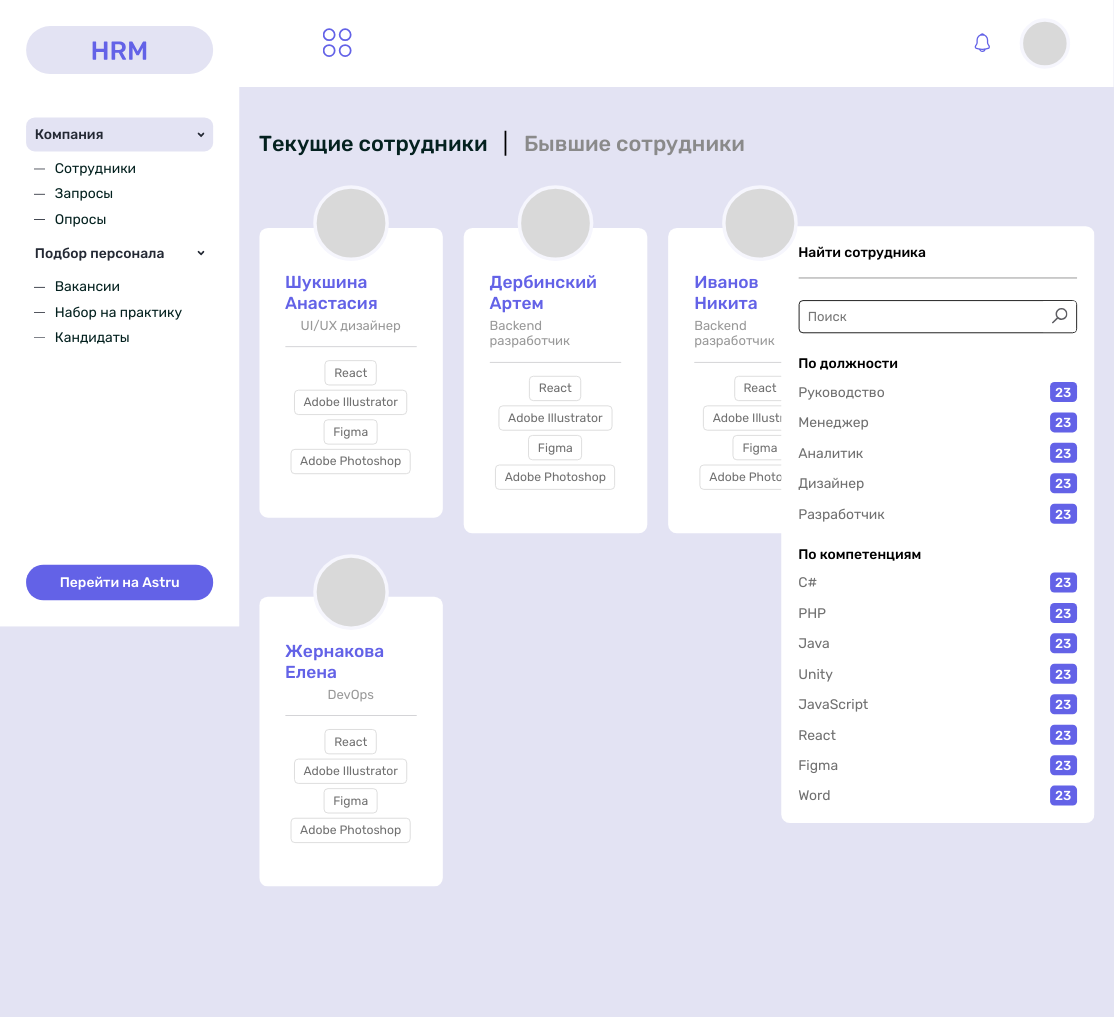
Repository: RuslanKerimov21/CRM-Dashboard
Page: index.html
These files come from the project's save history. The page is drawn as it stood at one moment and after the next save; the edit follows.
The browser window is 1280 px wide. The pictures show the whole page, at 87% of full size.

Above is the page before, as saved 2024-04-28 00:16:47.

### index.html
<!DOCTYPE html>
<html lang="ru">
<head>
    <meta charset="UTF-8">
    <meta name="viewport" content="width=device-width, initial-scale=1.0">
    <title>CRM System</title>
    <link rel="stylesheet" href="css/index.css">
</head>

<body>
    <div class="app">
        <aside class="sidebar">
            <div class="sidebar-inner">
                <div class="sidebar-top">
                    <a href="#" class="logo">
                        <img src="assets/icons/logo.svg" alt="logo">
                    </a>
                    <div class="sidebar-nav">
                        <div class="sidebar-nav_group">
                            <button class="sideba-nav_button active">
                                Компания
                                <svg width="8" height="6" viewBox="0 0 8 6" fill="none"
                                    xmlns="http://www.w3.org/2000/svg">
                                    <path d="M1 1.31995L4.1579 4.31995L7 1.31995" stroke="#242934" stroke-width="2"
                                        stroke-linecap="round" />
                                </svg>
                            </button>
                            <ul class="sidebar-nav_list">
                                <li class="sidebar-nav_item">
                                    <a href="#">Сотрудники</a>
                                </li>
                                <li class="sidebar-nav_item">
                                    <a href="#">Запросы</a>
                                </li>
                                <li class="sidebar-nav_item">
                                    <a href="#">Опросы</a>
                                </li>
                            </ul>
                        </div>
                        <div class="sidebar-nav_group">
                            <button class="sideba-nav_button">
                                Подбор персонала
                                <svg width="8" height="6" viewBox="0 0 8 6" fill="none"
                                    xmlns="http://www.w3.org/2000/svg">
                                    <path d="M1 1.31995L4.1579 4.31995L7 1.31995" stroke="#242934" stroke-width="2"
                                        stroke-linecap="round" />
                                </svg>
                            </button>
                            <ul class="sidebar-nav_list">
                                <li class="sidebar-nav_item">
                                    <a href="#">Вакансии</a>
                                </li>
                                <li class="sidebar-nav_item">
                                    <a href="#">Набор на практику</a>
                                </li>
                                <li class="sidebar-nav_item">
                                    <a href="#">Кандидаты</a>
                                </li>
                            </ul>
                        </div>
                    </div>
                </div>
                <div class="sidebar-bottom">
                    <a href="#" class="button">Перейти на Astru</a>
                </div>
            </div>
        </aside>
        <header class="header">
            <div class="header-inner">
                <button>
                    <img src="./assets/icons/button.svg" alt="header-button">
                </button>
                <div class="header-right">
                    <button>
                        <img src="./assets/icons/notify.svg" alt="notify">
                    </button>
                    <div class="header-profile"></div>
                </div>
            </div>
        </header>
        <div class="page-inner">
            <nav class="page-nav">
                <ol class="breadcrumbs-list">
                    <li class="breadcrumbs-item">
                        <a href="#">Текущие сотрудники</a>
                    </li>
                    <li class="breadcrumbs-separator"></li>
                    <li class="breadcrumbs-item">
                        <span>Бывшие сотрудники</span>
                    </li>
                </ol>
            </nav>
            <div class="page-content">
                <ul class="staff-list">
                    <li class="staff-item">
                        <div class="staff-avatar"></div>
                        <div class="staff-content">
                            <div class="staff-content_top">
                                <a href="staff.page.html" class="staff-name">Шукшина Анастасия</a>
                                <span class="staff-position">UI/UX дизайнер</span>
                            </div>
                            <div class="staff-content_bottom">
                                <ul class="staff-tag_list">
                                    <li class="staff-tag-item">
                                        React
                                    </li>
                                    <li class="staff-tag-item">
                                        Adobe Illustrator
                                    </li>
                                    <li class="staff-tag-item">
                                        Figma
                                    </li>
                                    <li class="staff-tag-item">
                                        Adobe Photoshop
                                    </li>
                                </ul>
                            </div>
                        </div>
                    </li>
                    <li class="staff-item">
                        <div class="staff-avatar"></div>
                        <div class="staff-content">
                            <div class="staff-content_top">
                                <a href="staff.page.html" class="staff-name">Дербинский Артем</a>
                                <span class="staff-position">Backend разработчик</span>
                            </div>
                            <div class="staff-content_bottom">
                                <ul class="staff-tag_list">
                                    <li class="staff-tag-item">
                                        React
                                    </li>
                                    <li class="staff-tag-item">
                                        Adobe Illustrator
                                    </li>
                                    <li class="staff-tag-item">
                                        Figma
                                    </li>
                                    <li class="staff-tag-item">
                                        Adobe Photoshop
                                    </li>
                                </ul>
                            </div>
                        </div>
                    </li>
                    <li class="staff-item">
                        <div class="staff-avatar"></div>
                        <div class="staff-content">
                            <div class="staff-content_top">
                                <a href="staff.page.html" class="staff-name">Иванов Никита</a>
                                <span class="staff-position">Backend разработчик</span>
                            </div>
                            <div class="staff-content_bottom">
                                <ul class="staff-tag_list">
                                    <li class="staff-tag-item">
                                        React
                                    </li>
                                    <li class="staff-tag-item">
                                        Adobe Illustrator
                                    </li>
                                    <li class="staff-tag-item">
                                        Figma
                                    </li>
                                    <li class="staff-tag-item">
                                        Adobe Photoshop
                                    </li>
                                </ul>
                            </div>
                        </div>
                    </li>
                    <li class="staff-item">
                        <div class="staff-avatar"></div>
                        <div class="staff-content">
                            <div class="staff-content_top">
                                <a href="staff.page.html" class="staff-name">Жернакова Елена</a>
                                <span class="staff-position">DevOps</span>
                            </div>
                            <div class="staff-content_bottom">
                                <ul class="staff-tag_list">
                                    <li class="staff-tag-item">
                                        React
                                    </li>
                                    <li class="staff-tag-item">
                                        Adobe Illustrator
                                    </li>
                                    <li class="staff-tag-item">
                                        Figma
                                    </li>
                                    <li class="staff-tag-item">
                                        Adobe Photoshop
                                    </li>
                                </ul>
                            </div>
                        </div>
                    </li>
                </ul>
                <div class="staff-search">
                    <div class="staff-searfch_title">
                        Найти сотрудника
                    </div>
                    <form class="form-search">
                        <input type="text" name="search" placeholder="Поиск">
                        <button class="search">
                            <svg width="18" height="18" viewBox="0 0 18 18" fill="none"
                                xmlns="http://www.w3.org/2000/svg">
                                <path
                                    d="M11.1602 0C7.38257 0 4.32041 3.06215 4.32041 6.83979C4.32041 8.42149 4.85814 9.87719 5.75812 11.0359L0.0522885 16.7417C0.0187911 16.7756 0 16.8212 0 16.8688C0 16.9165 0.0187911 16.9621 0.0522885 16.996L1.00401 17.9477C1.07376 18.0174 1.1885 18.0174 1.25825 17.9477L6.96408 12.2419C8.1228 13.1418 9.5785 13.6796 11.1602 13.6796C14.9378 13.6796 18 10.6174 18 6.83979C18 3.06215 14.9378 0 11.1602 0ZM14.7871 10.4667C13.8196 11.4364 12.5304 11.9696 11.1602 11.9696C9.79 11.9696 8.50078 11.4364 7.53331 10.4667C6.56359 9.4992 6.03036 8.20999 6.03036 6.83979C6.03036 5.46958 6.56359 4.18037 7.53331 3.2129C8.50078 2.24318 9.79 1.70995 11.1602 1.70995C12.5304 1.70995 13.8196 2.24318 14.7871 3.2129C15.7568 4.18037 16.2901 5.46958 16.2901 6.83979C16.2901 8.20999 15.7568 9.4992 14.7871 10.4667Z"
                                    fill="#5E5E63" />
                            </svg>
                        </button>
                    </form>
                    <div class="search-filter">
                        <div class="search-filter_group">
                            <div class="search-filter_title">По должности</div>
                            <ul class="search-filter_list">
                                <li class="search-filter_item">
                                    Руководство
                                    <span class="filter-length">23</span>
                                </li>
                                <li class="search-filter_item">
                                    Менеджер
                                    <span class="filter-length">23</span>
                                </li>
                                <li class="search-filter_item">
                                    Аналитик
                                    <span class="filter-length">23</span>
                                </li>
                                <li class="search-filter_item">
                                    Дизайнер
                                    <span class="filter-length">23</span>
                                </li>
                                <li class="search-filter_item">
                                    Разработчик
                                    <span class="filter-length">23</span>
                                </li>
                            </ul>
                        </div>
                        <div class="search-filter_group">
                            <div class="search-filter_title">По компетенциям</div>
                            <ul class="search-filter_list">
                                <li class="search-filter_item">
                                    C#
                                    <span class="filter-length">23</span>
                                </li>
                                <li class="search-filter_item">
                                    PHP
                                    <span class="filter-length">23</span>
                                </li>
                                <li class="search-filter_item">
                                    Java
                                    <span class="filter-length">23</span>
                                </li>
                                <li class="search-filter_item">
                                    Unity
                                    <span class="filter-length">23</span>
                                </li>
                                <li class="search-filter_item">
                                    JavaScript
                                    <span class="filter-length">23</span>
                                </li>
                                <li class="search-filter_item">
                                    React
                                    <span class="filter-length">23</span>
                                </li>
                                <li class="search-filter_item">
                                    Figma
                                    <span class="filter-length">23</span>
                                </li>
                                <li class="search-filter_item">
                                    Word
                                    <span class="filter-length">23</span>
                                </li>
                            </ul>
                        </div>
                    </div>
                </div>
            </div>
        </div>
    </div>
</body>

</html>

### css/global.css
*,
*::after,
*::before {
    box-sizing: inherit;
}
html {
    box-sizing: border-box;
}
body {
    margin: 0;
    overflow: hidden;
    background: #E3E3F3;
    font-family: "Rubik", sans-serif;
}
ul,
p,
h1,
h2,
h3,
h4,
p,
button,
input,
span,
ol {
    margin: 0;
    padding: 0;
    font-weight: normal;
}
li {
    list-style: none;
}
a {
    display: flex;
    color: #04211F;
    font-weight: 400;
    text-decoration: none;
    transition: all .2s ease;
}
button,
input,
select,
textarea {
    border: none;
    outline: none;
    background: none;
    font-family: "Rubik", sans-serif;
}

button{
    cursor: pointer;
}

### css/header.css
.header {
    width: 100%;
    position: absolute;
    padding: 21px 50px;
    background: #fff;
}

.header-inner {
    display: flex;
    padding-left: 321px;
    align-items: center;
    justify-content: space-between;
}

.header-right{
    gap: 0 30px;
    display: flex;
    align-items: center;
}

.header-profile{
    width: 58px;
    height: 58px;
    overflow: hidden;
    border-radius: 100%;
    background: #D9D9D9;
    border: 4px solid #F6F6FD;
}

.header-profile img{
    width: 100%;
    height: 100%;
    object-fit: cover;
}

### css/sidebar.css
.logo {
    width: 100%;
    height: 55px;
    display: flex;
    align-items: center;
    background: #E3E3F3;
    justify-content: center;
    border-radius: 40px;
}

.sidebar {
    top: 0;
    left: 0;
    z-index: 1;
    height: 100vh;
    min-width: 275px;
    background: #fff;
}

.sidebar-inner {
    height: 100%;
    padding: 30px;
    display: flex;
    flex-direction: column;
    justify-content: space-between;
}

.sidebar-nav {
    margin-top: 50px;
}

.sideba-nav_button {
    width: 100%;
    padding: 10px;
    display: flex;
    font-size: 16px;
    color: #242934;
    font-weight: 500;
    text-align: left;
    align-items: center;
    border-radius: 10px;
    justify-content: space-between;
}

.sideba-nav_button.active{
    background: #E3E3F3;
}

.sidebar-nav_list {
    gap: 10px 0;
    display: flex;
    padding: 10px 33px;
    flex-direction: column;
}

.sidebar-nav_item {
    display: flex;
    align-items: center;
    position: relative;
}

.sidebar-nav_item::before {
    content: '';
    left: -24px;
    width: 13px;
    height: 2px;
    position: absolute;
    background-repeat: no-repeat;
    background-image: url('../assets/icons/line.svg');
}

### css/staff.list.css
.staff-list {
    width: 71%;
    display: grid;
    grid-gap: 24px;
    margin-top: -47px;
    grid-template-columns: 1fr 1fr 1fr ;
}

.staff-item {
    display: flex;
    height: fit-content;
    position: relative;
    align-items: center;
    flex-direction: column;
}

.staff-avatar {
    z-index: 1;
    top: -48px;
    width: 87px;
    height: 87px;
    overflow: hidden;
    border-radius: 100%;
    background: #D9D9D9;
    border: 4px solid #F6F6FD;
}

.staff-content {
    padding: 50px 30px;
    border-radius: 10px;
    background: #fff;
    margin-top: -38px;
}

.staff-content_top {
    gap: 5px 0;
    display: flex;
    padding-bottom: 15px;
    align-items: center;
    flex-direction: column;
    border-bottom: 1px solid #CECED1;
}

.staff-name {
    color: #6362E7;
    font-size: 20px;
    font-weight: 500;
}

.staff-position {
    font-size: 15px;
    color: #999999;
}

.staff-content_bottom{
    display: flex;
    justify-content: center;
}

.staff-tag_list {
    display: flex;
    grid-gap: 5px;
    margin-top: 15px;
    flex-wrap: wrap;
    justify-content: center;
}

.staff-tag-item {
    display: flex;
    font-size: 14px;
    color: #707070;
    width: fit-content;
    padding: 5px 10px;
    align-items: center;
    border-radius: 5px;
    justify-content: center;
    border: 1px solid #D9D9D9;
}

### css/staff.search.css
.staff-search {
    right: 0;
    width: 360px;
    padding: 20px;
    overflow: hidden;
    position: absolute;
    background: #fff;
    border-radius: 10px;
}

.staff-searfch_title {
    font-weight: 500;
    padding-bottom: 20px;
    border-bottom: 1px solid #8A8A8A;
}

.form-search {
    width: 100%;
    height: 38px;
    display: flex;
    margin-top: 25px;
    padding: 0 10px;
    overflow: hidden;
    align-items: center;
    position: relative;
    border-radius: 5px;
    border: 1px solid #000;
}

.form-search input {
    width: 100%;
    font-size: 15px;
}

.search {
    right: 0;
    width: 38px;
    height: 100%;
    cursor: pointer;
    background: #fff;
    position: absolute;
}

.search-filter_group{
    margin-top: 25px;
}

.search-filter_title {
    font-weight: 500;
}

.search-filter_list {
    gap: 12px 0;
    display: flex;
    margin-top: 12px;
    flex-direction: column;
}

.search-filter_item {
    display: flex;
    color: #707070;
    font-weight: 400;
    align-items: center;
    justify-content: space-between;
}

.filter-length {
    width: 31px;
    height: 23px;
    color: #fff;
    display: flex;
    font-weight: 500;
    font-size: 15px;
    border-radius: 5px;
    align-items: center;
    background: #6362E7;
    justify-content: center;
}

### css/page.naviagation.css
.breadcrumbs-list {
    gap: 0 20px;
    display: flex;
}

.breadcrumbs-item a,
.breadcrumbs-item span {
    font-size: 25px;
    font-weight: 500;
}

.breadcrumbs-item span {
    color: #8A8A8A;
}

.breadcrumbs-separator {
    border: 1px solid #000;
}

Loaded but not shown: css/index.css (262 lines, source omitted)

After the next save:
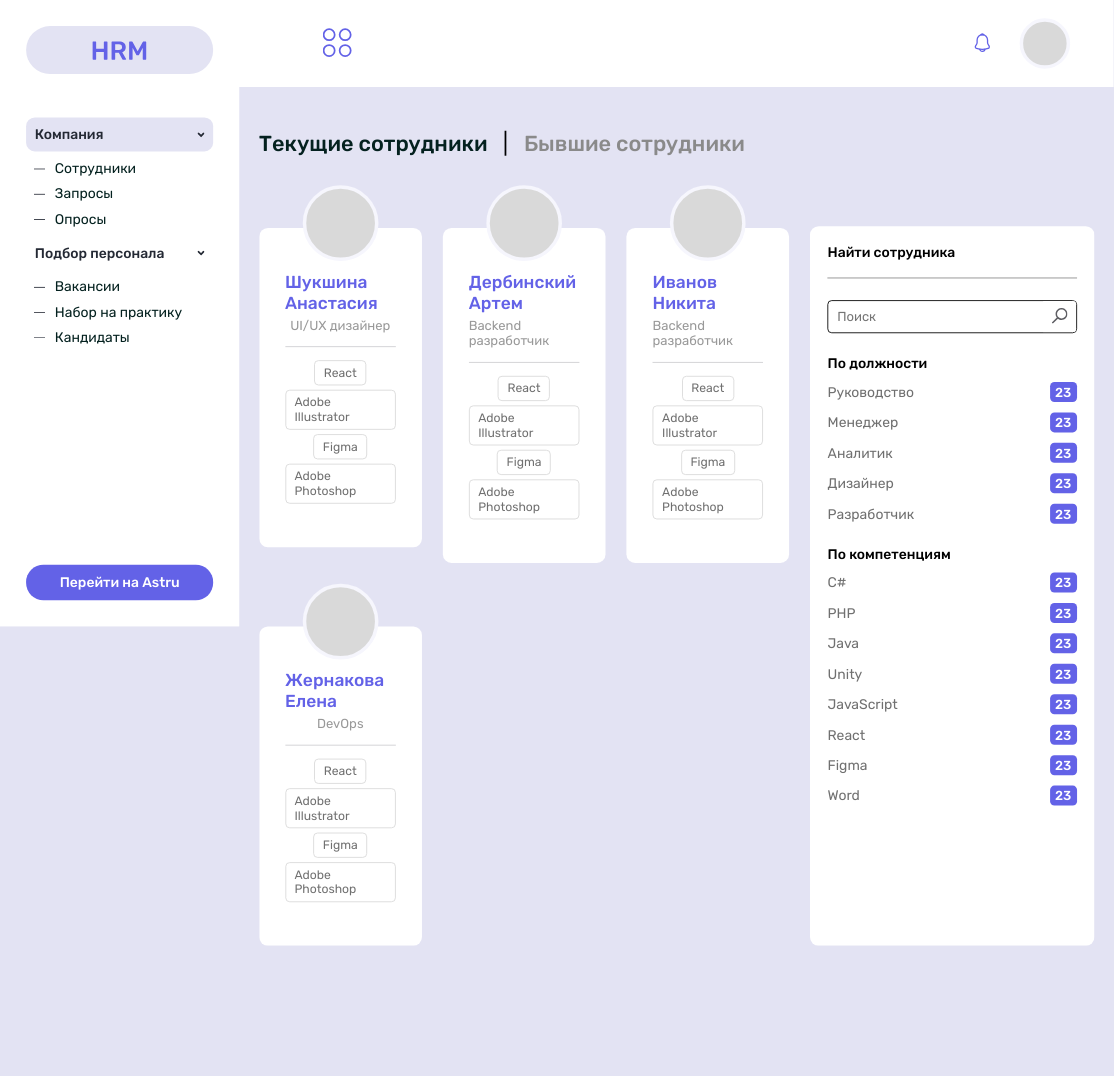
Saved 9 h 7 min later.
--- a/css/staff.search.css
+++ b/css/staff.search.css
@@ -1,9 +1,7 @@
 .staff-search {
-    right: 0;
     width: 360px;
     padding: 20px;
     overflow: hidden;
-    position: absolute;
     background: #fff;
     border-radius: 10px;
 }
